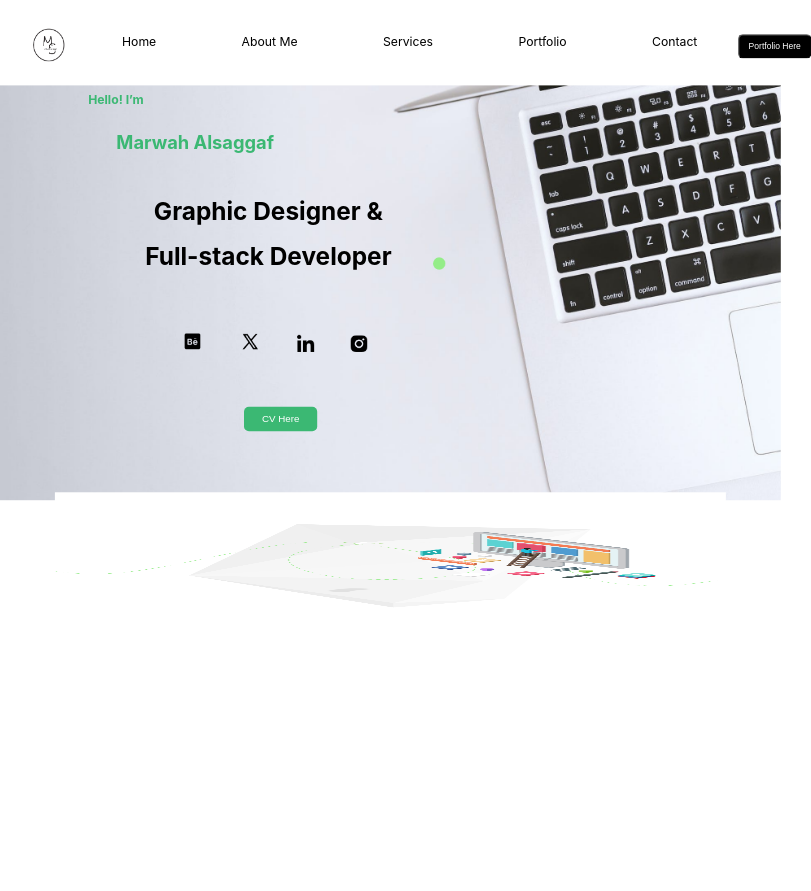
Repository: MEROO1010/Portfolio-2
Page: /
These files come from the project's save history. The page is drawn as it stood at one moment and after the next save; the edit follows.
The browser window is 1280 px wide. The page is 1330 px wide, so the pictures cover 1330 px, including what lies to the right of the window. The pictures show the whole page, at 61% of full size.
The project was rebuilt for these pictures with package versions that can differ from the ones it lists, and the page was loaded fresh each time.

Above is the page before, as saved 2023-12-17 13:08:35.

After the next save:
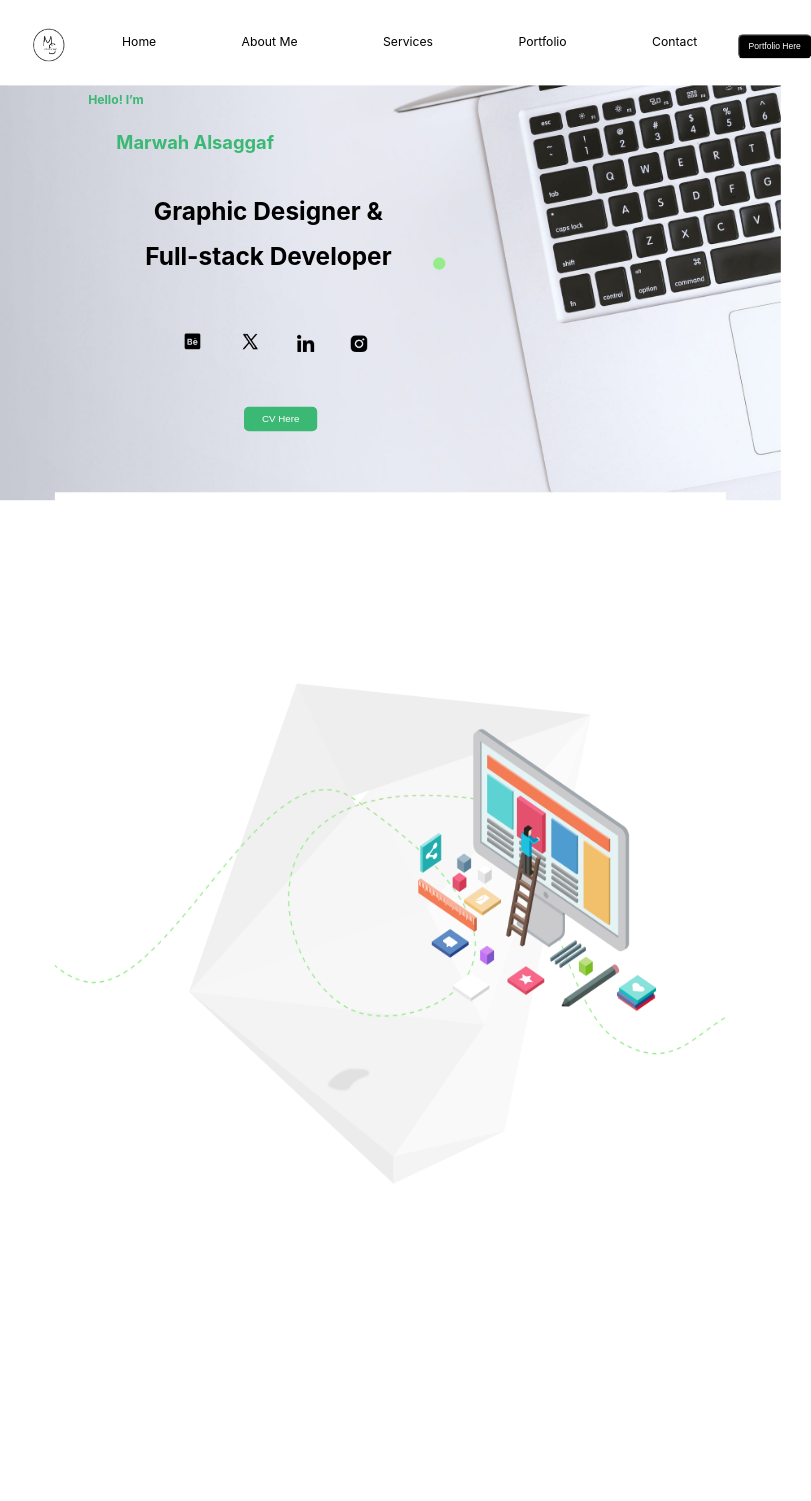
Saved 6 s later.
--- a/src/components/AboutMe.js
+++ b/src/components/AboutMe.js
@@ -16,7 +16,7 @@ const Container = styled.div `
     position: relative;
     bottom:450px;
     width:1100px;
-    height:200px;
+    height:1200px;
   }
 `
 
